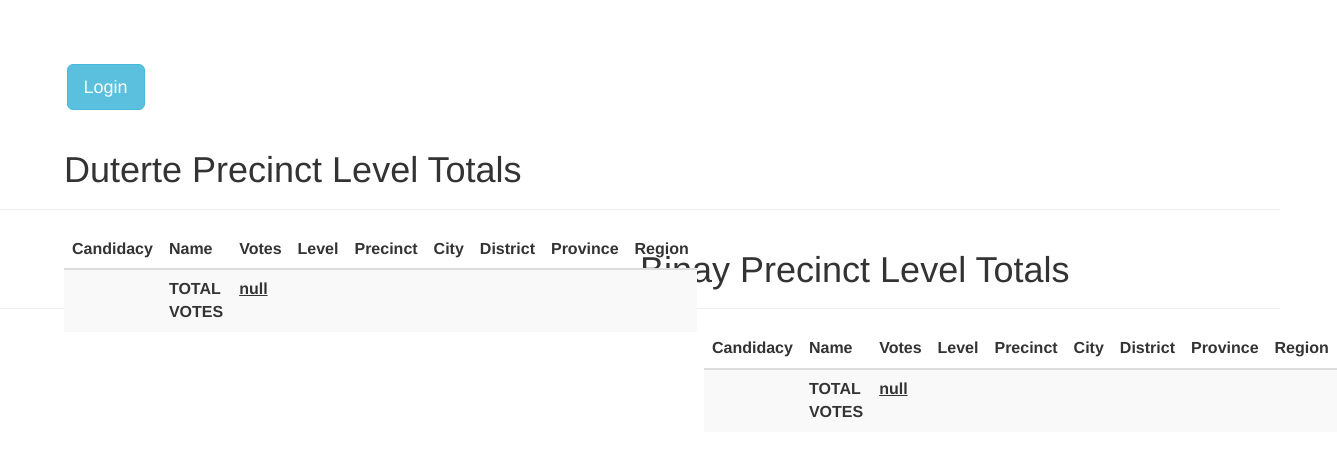
Repository: acbalutan/softdev-cencas-team_apink
Page: http://localhost/AES/index.jsp
The author's editor kept a copy of each file at every save. The page is drawn from the files as they stood at one save, then again after the next save.
The browser window is 1280 px wide. The page is 1337 px wide, then 1288 px, then 1337 px, so the pictures cover 1337 px, including what lies to the right of the window. The pictures show the whole page.
The page is served by Tomcat 9. Other server files are loaded and not shown. Queries for data that is not in the repository find no rows.

Above is the page before, as saved 2016-02-26 11:01:38.
Console error (its wording comes from the project's code and is left out).

### workspace/AES/WebContent/index.jsp
<html>
<head>
	<link rel="stylesheet" href="bootstrap/bootstrap.min.css">
	<script type="text/javascript" src="bootstrap/js/bootstrap.min.js"></script>
</head>
<body>

<form action="login.jsp" style="padding-left: 5.2%;padding-top: 5%;">
    <button type="submit" class="btn btn-lg btn-info">Login</button>
</form>


<%@ page import="java.sql.*" %>
<%@ page import="bean.Provider" %>
<%@ page import="bean.PileBean" %>
<%@ page import="bean.Counter" %>

<%

Class.forName("org.sqlite.JDBC");
Connection conn = DriverManager.getConnection("jdbc:sqlite:D:/Eclipse/db/aes.db");
Statement stat = conn.createStatement();

%>
<div class="page-header" style="padding-left: 5%;">
	<h1>Duterte Precinct Level Totals</h1>
</div>

<div class="col-md-6" style="padding-left: 5%;">
	<table class="table table-striped">
    	<thead>
              <tr>
                <th>Candidacy</th>
                <th>Name</th>
                <th>Votes</th>
                <th>Level</th>
                <th>Precinct</th>
                <th>City</th>
                <th>District</th>
                <th>Province</th>
                <th>Region</th>
              </tr>
		</thead>
		<tbody>
			<%
			ResultSet duterte = stat.executeQuery("SELECT * FROM tapat WHERE name='Rodrigo Duterte';");
			while (duterte.next()) {
			    %>
			    	<tr>
			    		<td><%= duterte.getString("candidacy") %></td>
			    		<td><%= duterte.getString("name") %></td>
			    		<td><%= duterte.getString("vote") %></td>
			    		<td><%= duterte.getString("level") %></td>
			    		<td><%= duterte.getString("precinct") %></td>
			    		<td><%= duterte.getString("city") %></td>
			    		<td><%= duterte.getString("district") %></td>
			    		<td><%= duterte.getString("province") %></td>
			    		<td><%= duterte.getString("region") %></td>
			    	</tr>
			    <%
			}
			duterte.close();

			ResultSet totalduterte = stat.executeQuery("SELECT SUM(vote) as 'TOTALVOTES' FROM tapat WHERE name='Rodrigo Duterte';");
			%>
				<tr>
					<td></td>
					<td><strong>TOTAL VOTES</strong></td>
					<td style="text-decoration: underline;"><strong> <%= totalduterte.getString("TOTALVOTES") %> </strong></td>
					<td></td>
					<td></td>
					<td></td>
					<td></td>
					<td></td>
					<td></td>
				</tr>
			<% totalduterte.close(); %>
    	</tbody>
	</table>
</div>

<div class="page-header" style="padding-left: 5%;">
	<h1>Binay Precinct Level Totals</h1>
</div>

<div class="col-md-6" style="padding-left: 5%;">
	<table class="table table-striped">
    	<thead>
              <tr>
                <th>Candidacy</th>
                <th>Name</th>
                <th>Votes</th>
                <th>Level</th>
                <th>Precinct</th>
                <th>City</th>
                <th>District</th>
                <th>Province</th>
                <th>Region</th>
              </tr>
		</thead>
		<tbody>
			<%
			ResultSet binay = stat.executeQuery("SELECT * FROM tapat WHERE name='Jejomar Binay';");
			while (binay.next()) {
			    %>
			    	<tr>
			    		<td><%= binay.getString("candidacy") %></td>
			    		<td><%= binay.getString("name") %></td>
			    		<td><%= binay.getString("vote") %></td>
			    		<td><%= binay.getString("level") %></td>
			    		<td><%= binay.getString("precinct") %></td>
			    		<td><%= binay.getString("city") %></td>
			    		<td><%= binay.getString("district") %></td>
			    		<td><%= binay.getString("province") %></td>
			    		<td><%= binay.getString("region") %></td>
			    	</tr>
			    <%
			}
			binay.close();

			ResultSet totalbinay = stat.executeQuery("SELECT SUM(vote) as 'TOTALVOTES' FROM tapat WHERE name='Rodrigo Duterte';");
			%>
				<tr>
					<td></td>
					<td><strong>TOTAL VOTES</strong></td>
					<td style="text-decoration: underline;"><strong> <%= totalbinay.getString("TOTALVOTES") %> </strong></td>
					<td></td>
					<td></td>
					<td></td>
					<td></td>
					<td></td>
					<td></td>
				</tr>
			<% totalbinay.close(); %>
    	</tbody>
	</table>
</div>

<%	stat.close();
	conn.close();	%>

</body>
</html>

Loaded but not shown: workspace/AES/WebContent/bootstrap/bootstrap.min.css (library); workspace/AES/WebContent/bootstrap/bootstrap.min.js (library)

After the next save:
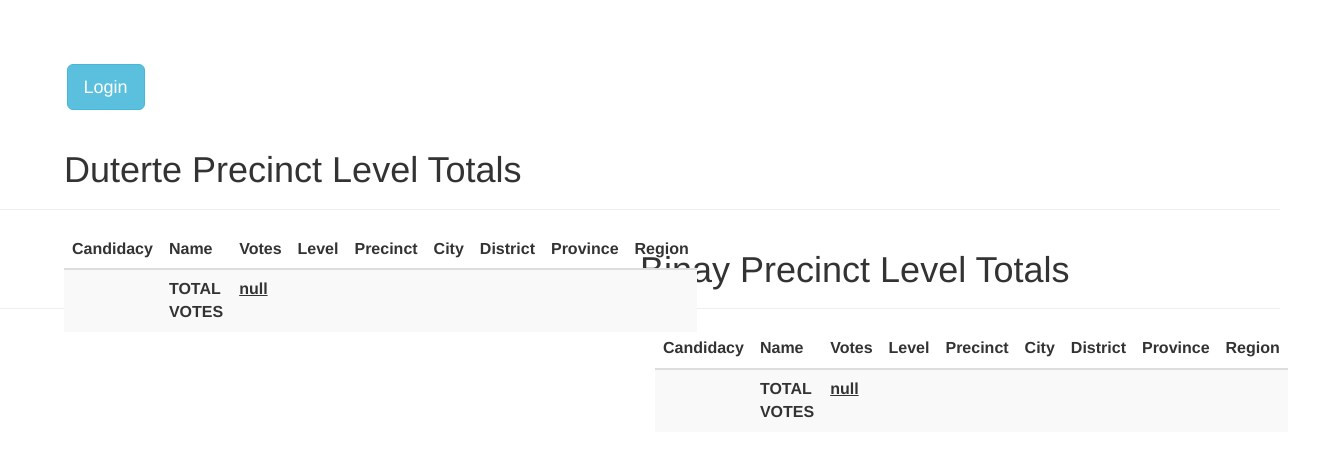
Saved 13 s later.
--- a/workspace/AES/WebContent/index.jsp
+++ b/workspace/AES/WebContent/index.jsp
@@ -83,7 +83,7 @@
 	<h1>Binay Precinct Level Totals</h1>
 </div>
 
-<div class="col-md-6" style="padding-left: 5%;">
+<div class="col-md-6" style="">
 	<table class="table table-striped">
     	<thead>
               <tr>

After the 3 saves that followed:
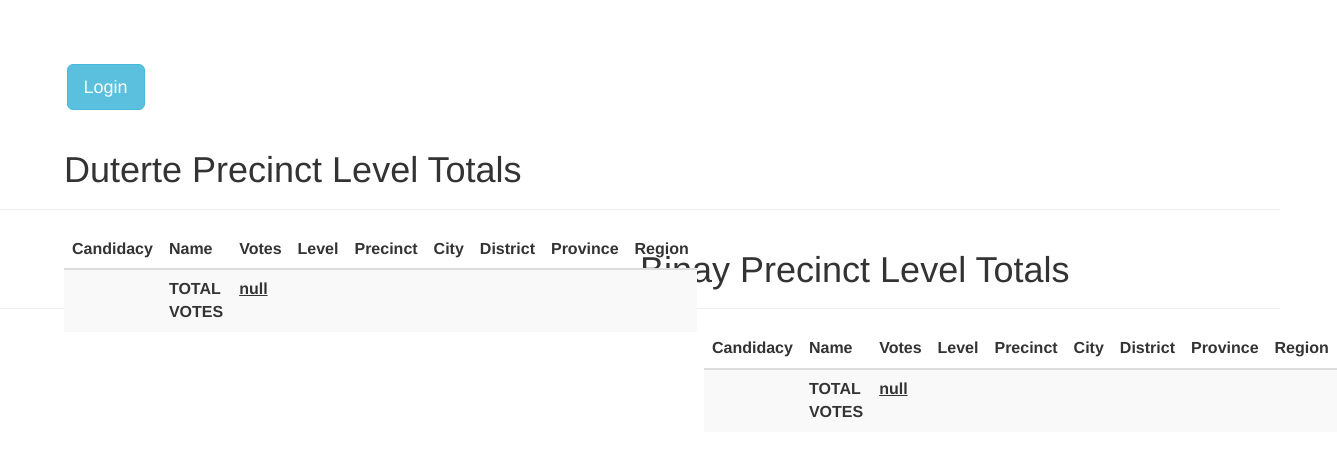
The 3 saves are shown as one change because 2 left the picture as it was.
The last was saved 68 s later.
--- a/workspace/AES/WebContent/index.jsp
+++ b/workspace/AES/WebContent/index.jsp
@@ -83,7 +83,7 @@
 	<h1>Binay Precinct Level Totals</h1>
 </div>
 
-<div class="col-md-6" style="">
+<div class="col-md-6" style="padding-left: 5%;">
 	<table class="table table-striped">
     	<thead>
               <tr>
